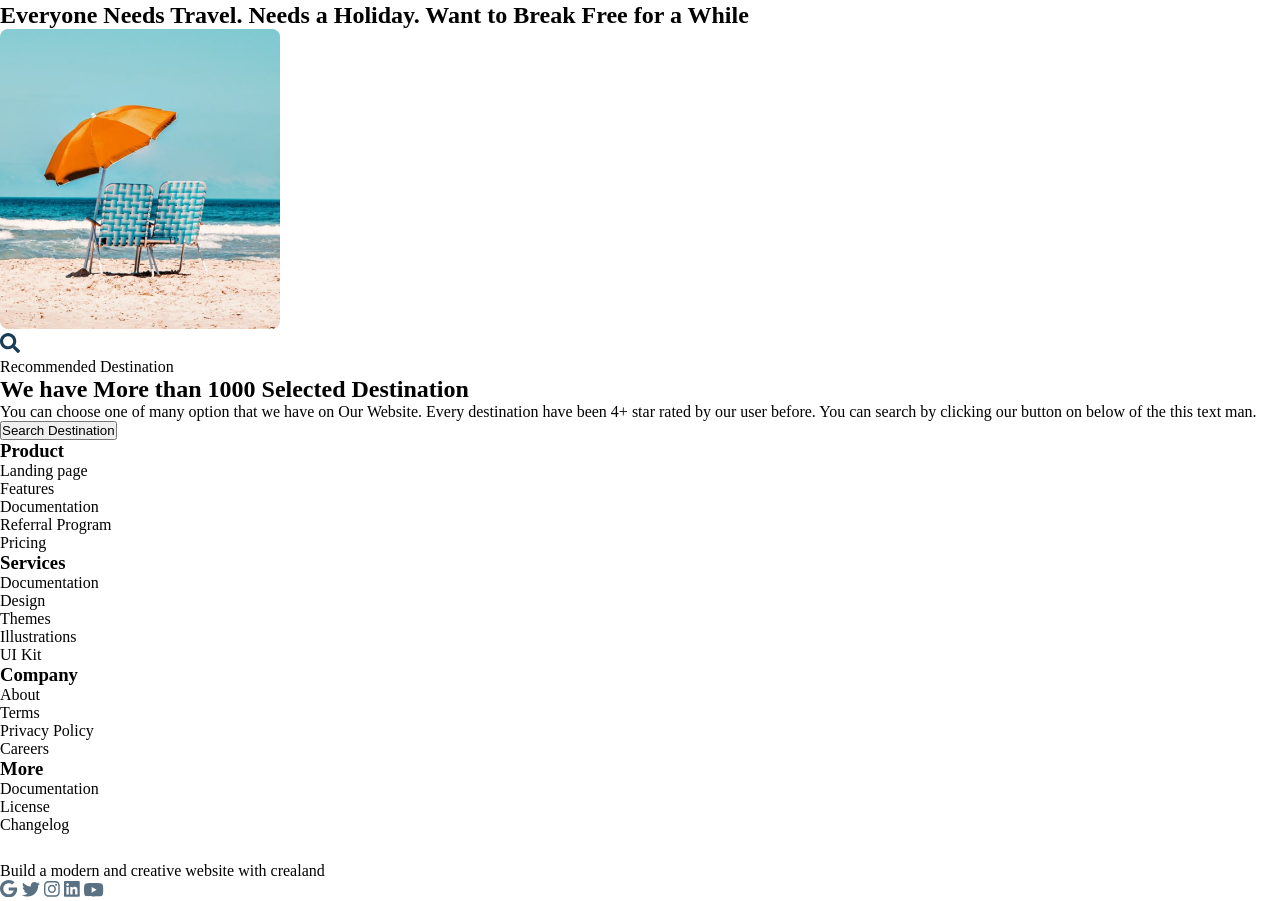
Repository: daviHmoraes/frontcomtailwind
Page: index.html
An editor plug-in stored every save of this project. The page is shown before and after a run of saves, followed by the edit.
The browser window is 1280 px wide. The pictures show the part of the page from y = 3904 to 4823 px (the page is 4805 px tall before and 4823 px after).
A picture or video elsewhere on the page could not be fetched, so the positions and the page height are approximate.

Above is the page before, as saved 2026-08-31 18:23:14.

After the next 3 saves:
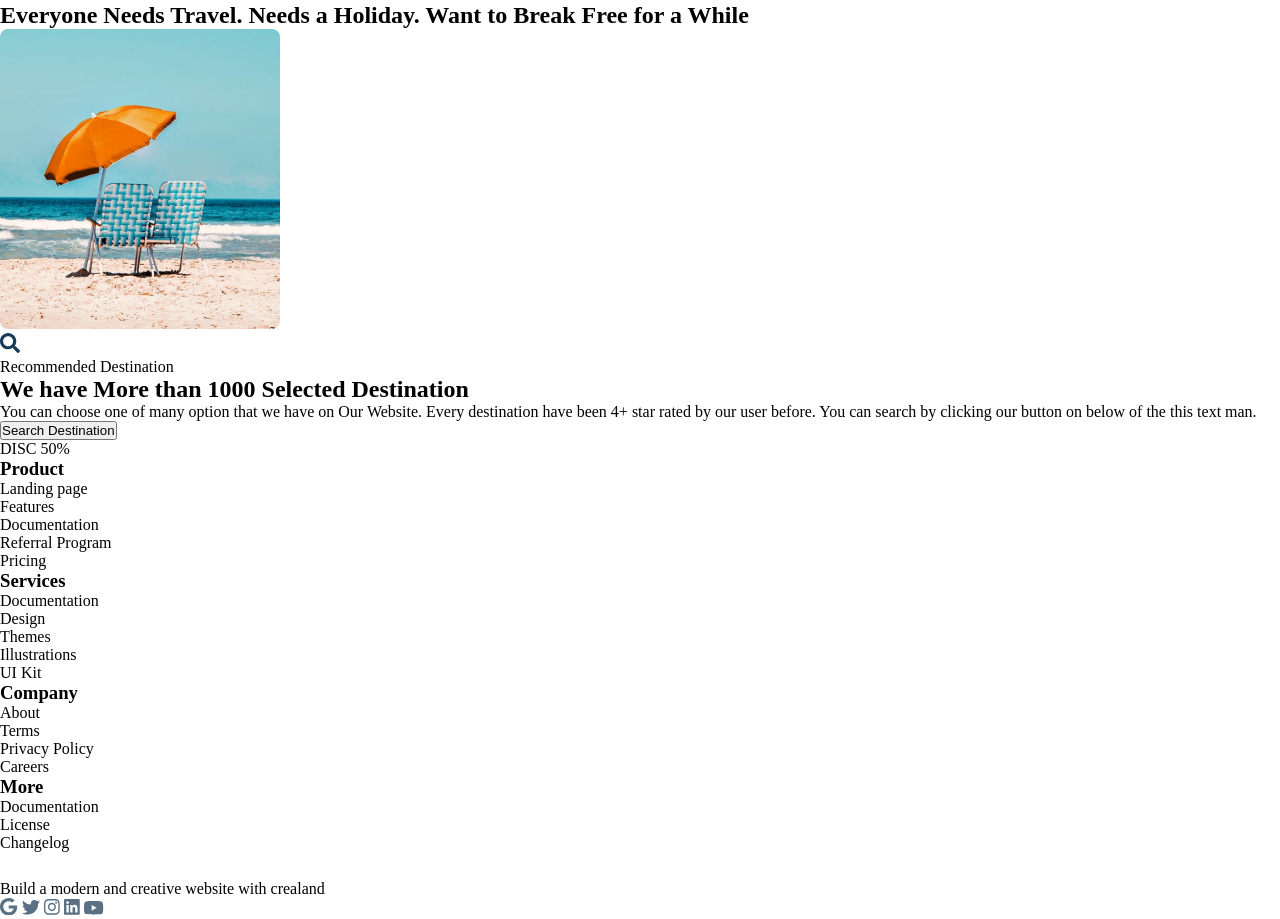
The 3 saves are shown as one change because they came seconds apart.
The last was saved 15 s later.
--- a/index.html
+++ b/index.html
@@ -300,7 +300,8 @@
             </button>
 
             <div class="holiday-card">
-                <span class="discount"></span>
+                <span class="discount">DISC 50%</span>
+                <h3></h3>
             </div>
 
         </section>
